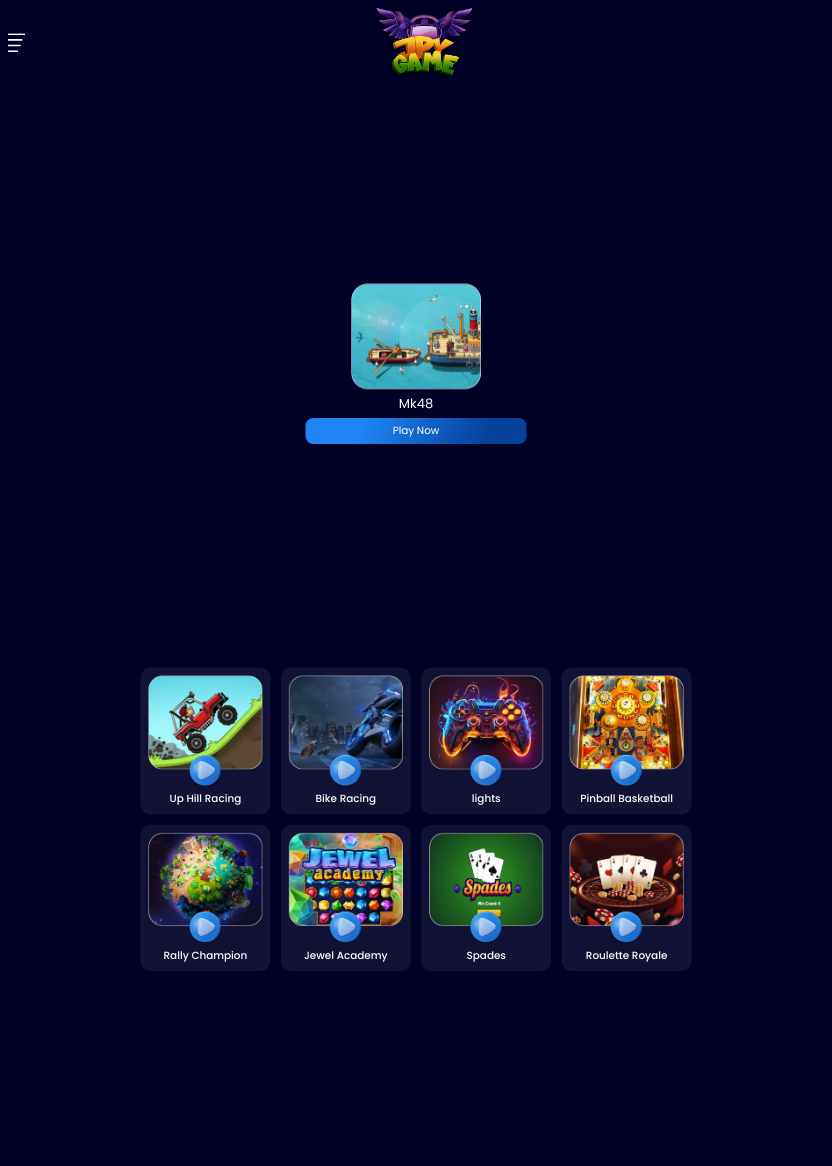
Repository: meenadabhii/jpygames.com
Page: http://localhost/game/mk48
The author's editor kept a copy of each file at every save. The page is drawn from the files as they stood at one save, then again after the next save.
The browser window is 1280 px wide. The pictures show the whole page, at 65% of full size.
Some web libraries are served in a nearby version. The page is served by the project's Node server (nodejs/app.js).

Above is the page before, as saved 2025-02-07 14:41:57.

After the next save:
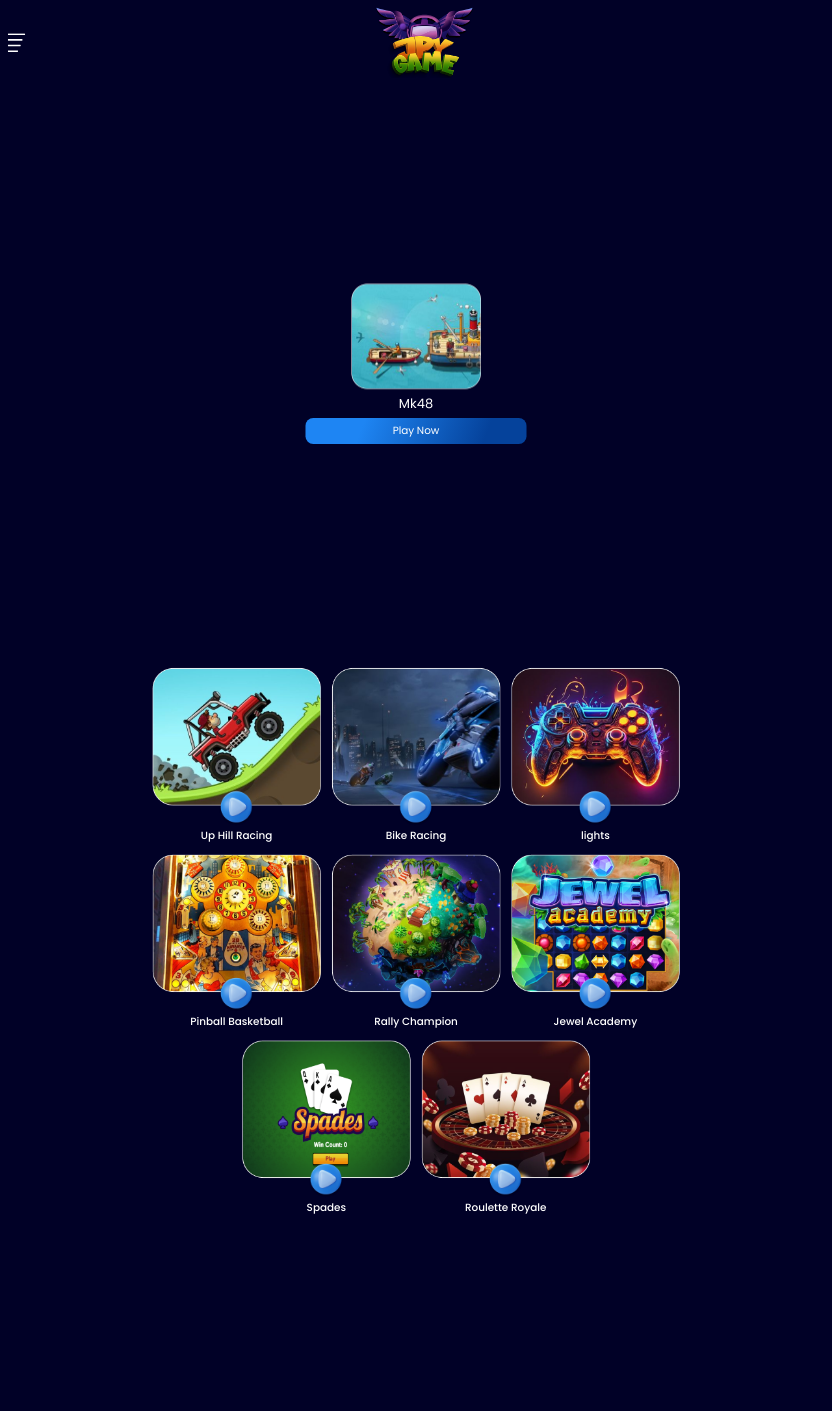
Saved 36 s later.
--- a/nodejs/views/singel.ejs
+++ b/nodejs/views/singel.ejs
@@ -29,7 +29,7 @@
                 <% for (let i = 0; i < newdata.length; i++) {
                     const element = newdata[i];
                     %>
-                    <div class="p-3 bg-[#121237] rounded-2xl max-w-[150px] sm:max-w-[200px]">
+                    <div class="">
                         <img src="<%- element.img %>" alt="" class="rounded-xl w-full">
                         <a href="/game/<%- element.slug %>">
                             <img src="/image/play_button.png" alt="" class="w-[60px] m-auto mt-[-25px]" loading="lazy">

After the save that followed:
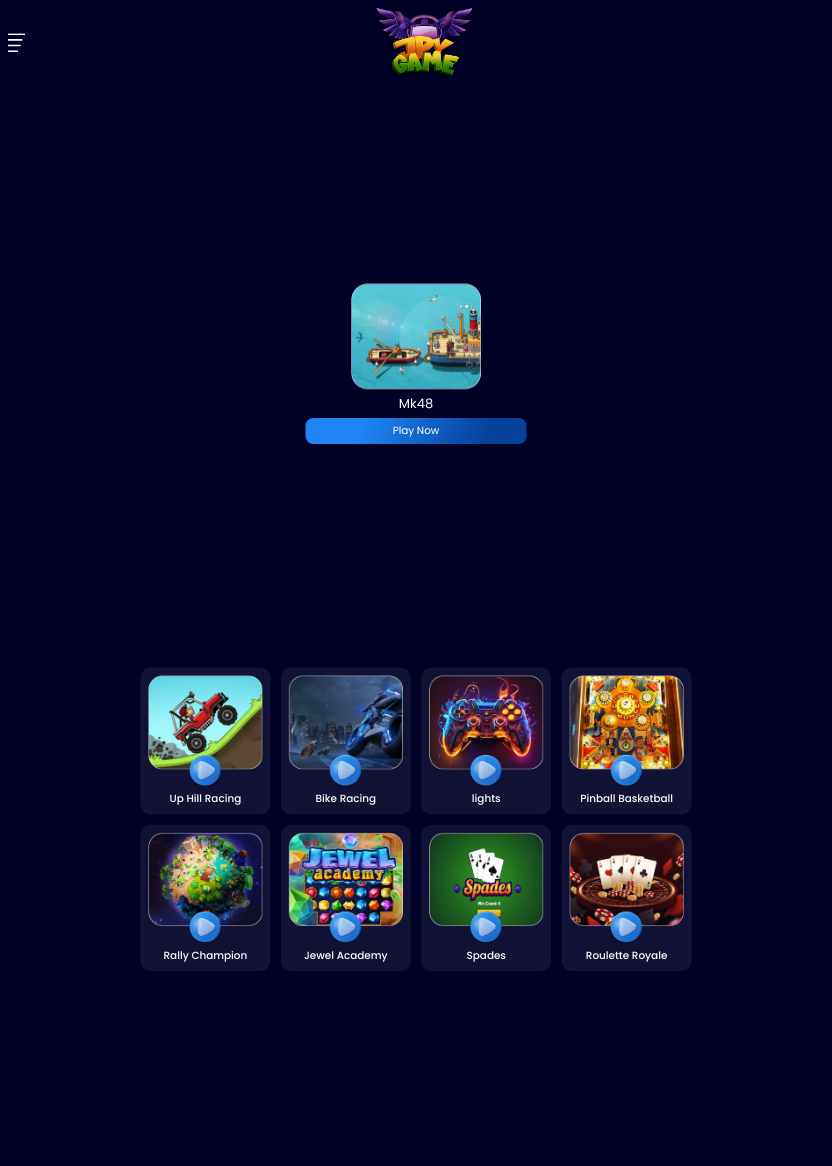
Saved 11 s later.
--- a/nodejs/views/singel.ejs
+++ b/nodejs/views/singel.ejs
@@ -29,7 +29,7 @@
                 <% for (let i = 0; i < newdata.length; i++) {
                     const element = newdata[i];
                     %>
-                    <div class="">
+                    <div class="p-3 bg-[#121237] rounded-2xl max-w-[150px] sm:max-w-[200px]">
                         <img src="<%- element.img %>" alt="" class="rounded-xl w-full">
                         <a href="/game/<%- element.slug %>">
                             <img src="/image/play_button.png" alt="" class="w-[60px] m-auto mt-[-25px]" loading="lazy">
